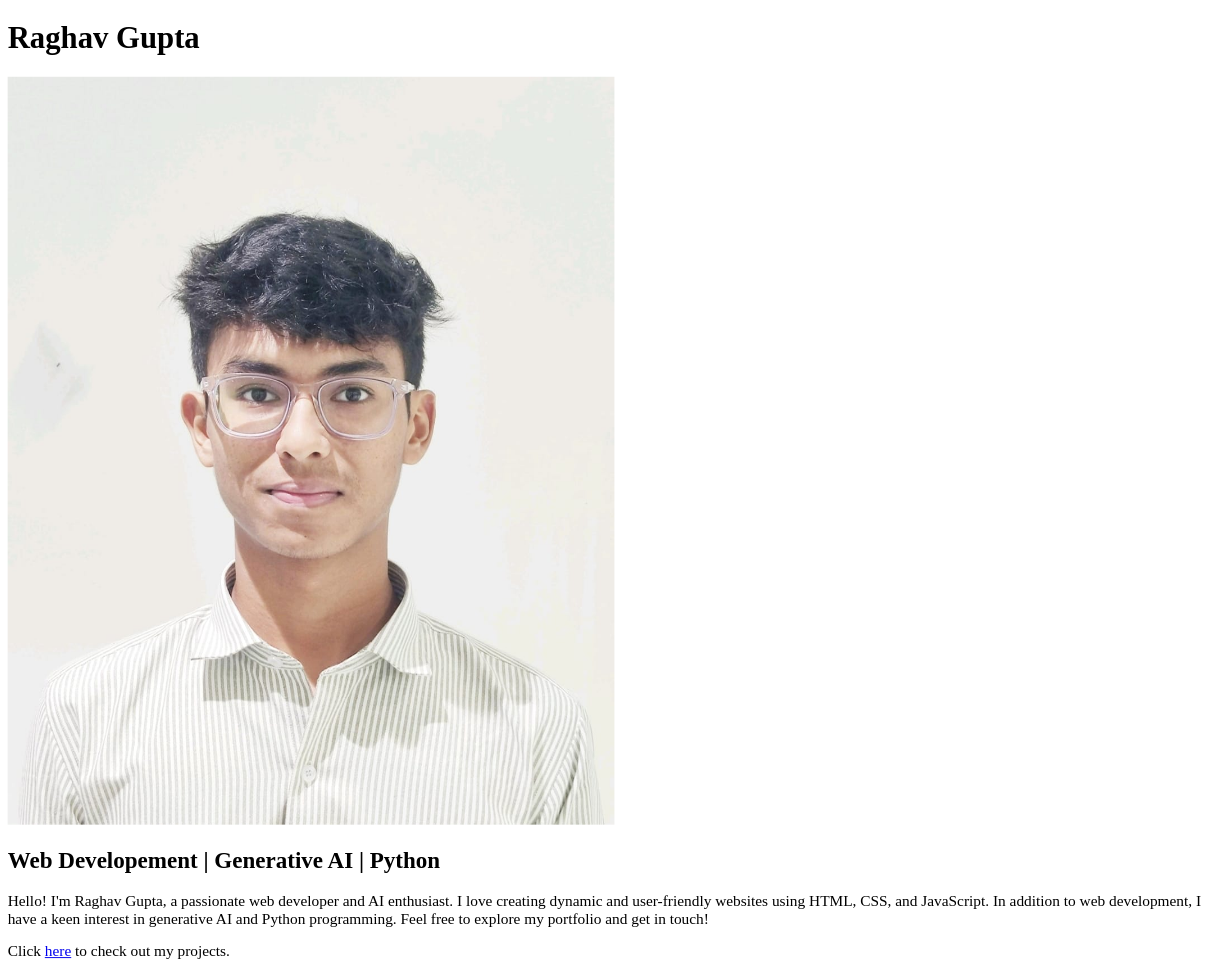
Repository: raghhavv03/html-css-practice
Page: task-3/index.html
An editor plug-in stored every save of this project. The page is shown before and after a run of saves, followed by the edit.
The browser window is 1280 px wide. The pictures show the whole page, at 96% of full size.

Above is the page before, as saved 2026-02-02 18:44:38.

### task-3/index.html
<!DOCTYPE html>
<html>
<head>
    <title>Raghav Gupta's Portfolio</title>
</head>
<body>
    <h1>Raghav Gupta</h1>
    <img src="./raghav-photo-1.jpg" width="50%">
    <h2>Web Developement | Generative AI | Python</h2>
    <p>Hello! I'm Raghav Gupta, a passionate web developer and AI enthusiast. I love creating dynamic and user-friendly websites using HTML, CSS, and JavaScript. In addition to web development, I have a keen interest in generative AI and Python programming. Feel free to explore my portfolio and get in touch!</p>
    <p>Click <a href="work.html">here</a> to check out my projects.</p>
</body>
</html>

After the next 3 saves:
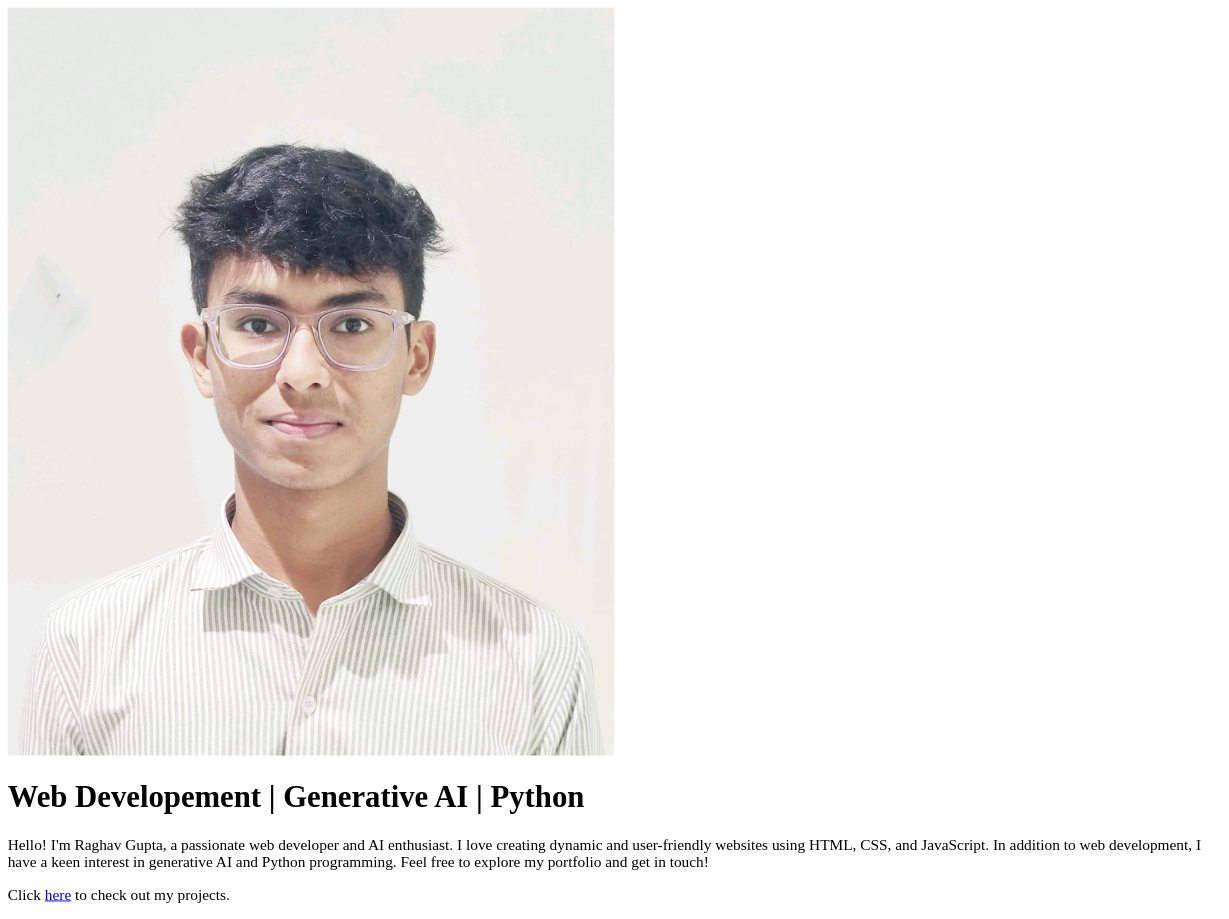
The 3 saves are shown as one change because they came seconds apart.
The last was saved 18 s later.
--- a/task-3/index.html
+++ b/task-3/index.html
@@ -4,9 +4,8 @@
     <title>Raghav Gupta's Portfolio</title>
 </head>
 <body>
-    <h1>Raghav Gupta</h1>
     <img src="./raghav-photo-1.jpg" width="50%">
-    <h2>Web Developement | Generative AI | Python</h2>
+    <h1>Web Developement | Generative AI | Python</h1>
     <p>Hello! I'm Raghav Gupta, a passionate web developer and AI enthusiast. I love creating dynamic and user-friendly websites using HTML, CSS, and JavaScript. In addition to web development, I have a keen interest in generative AI and Python programming. Feel free to explore my portfolio and get in touch!</p>
     <p>Click <a href="work.html">here</a> to check out my projects.</p>
 </body>
